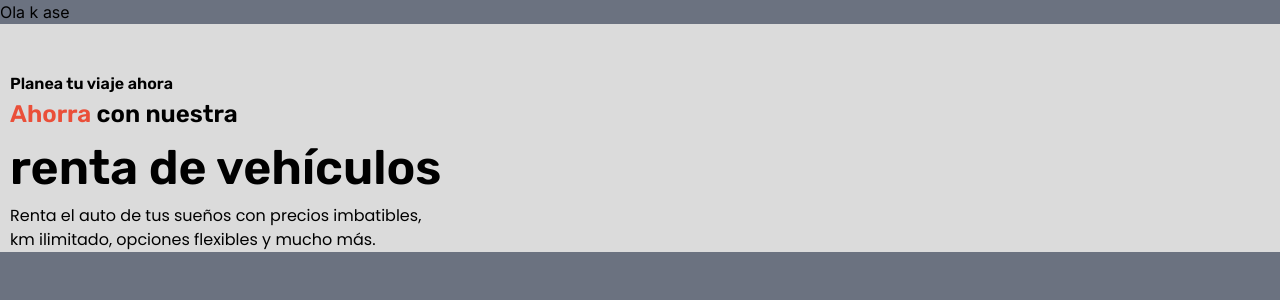
Repository: aldovelacasas/PF_RentCar2
Page: /homePage
These files come from the project's save history. The page is drawn as it stood at one moment and after the next save; the edit follows.
The browser window is 1280 px wide. The pictures show the whole page.
The project was rebuilt for these pictures with package versions that can differ from the ones it lists, and the page was loaded fresh each time. The framework's server and built-in components were replaced by stand-ins that run in the browser. Also part of the build but not shown: next.config.js.

Above is the page before, as saved 2023-08-29 19:05:57.

After the next save:
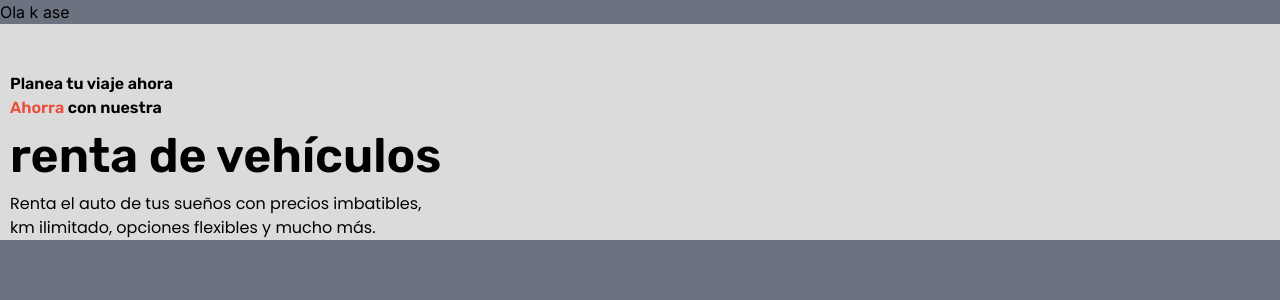
Saved 9 s later.
--- a/src/app/homePage/page.jsx
+++ b/src/app/homePage/page.jsx
@@ -16,7 +16,7 @@ function HomePage() {
   return (
     <div className={`bg-gris_fondo ${rubik} space-y-0 space-x-2.5`}>
       <p className={`pt-12 ml-2.5`}>Planea tu viaje ahora</p>
-      <p className="text-[1.5em] mb-0 pb-0">
+      <p className="text-[1em] mb-0 pb-0">
         <span className="text-naranja_enf mb-0 pb-0">Ahorra </span>
         con nuestra
       </p>
